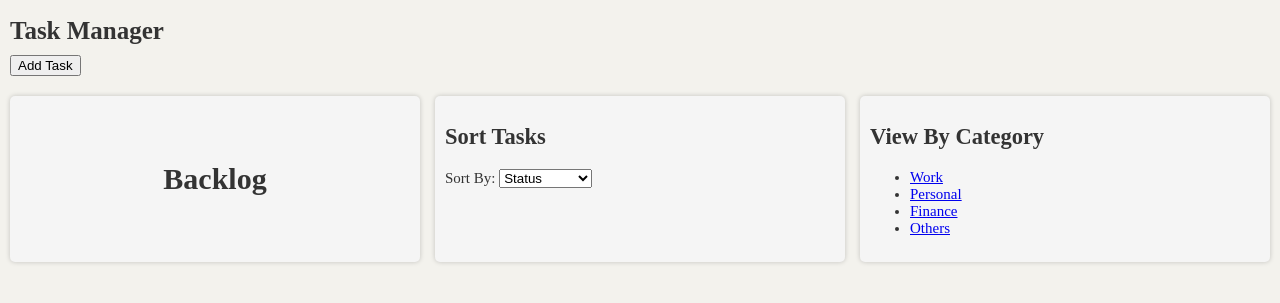
Repository: n-shen/task-tracker
Page: / (app in frontend/)
An editor plug-in stored every save of this project. The page is shown before and after the next save, followed by the edit.
The browser window is 1280 px wide. The pictures show the whole page.
The project was rebuilt for these pictures with package versions that can differ from the ones it lists, and the page was loaded fresh each time. Also part of the build but not shown: frontend/src/components/taskManager/addTask.jsx, frontend/src/components/tasks/task.jsx, frontend/src/components/taskManager/categoryTasks.jsx. Imported but missing from the stored project, and not drawn on this page: frontend/src/reportWebVitals.

Above is the page before, as saved 2023-04-20 13:28:06.

After the next save:
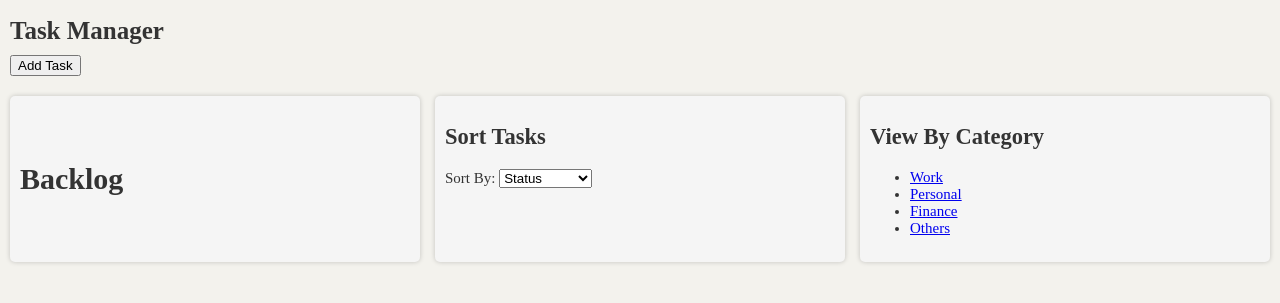
Saved 22 s later.
--- a/frontend/src/styles/taskList.css
+++ b/frontend/src/styles/taskList.css
@@ -1,9 +1,8 @@
 .taskList {
   display: flex;
   flex-direction: column;
-  align-items: center;
+  align-items: flex-start;
   justify-content: center;
   width: 100%;
   height: 100%;
-  background-color: #f5f5f5;
 }
